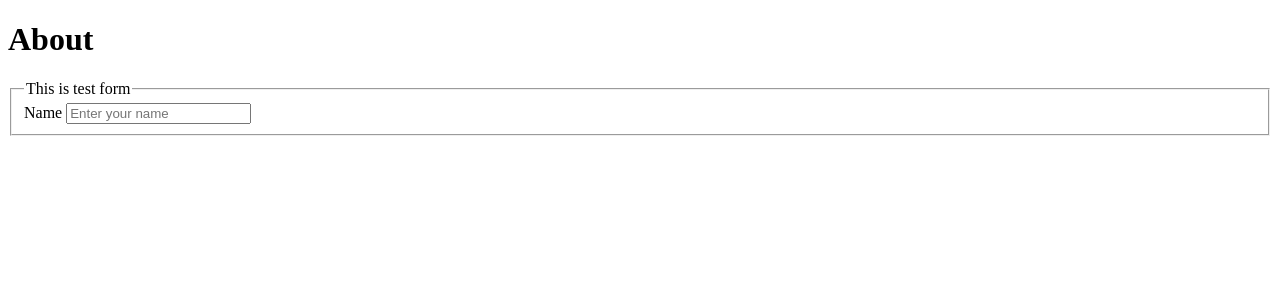
Repository: fisikusari/test-repo
Page: about.html
An editor plug-in stored every save of this project. The page is shown before and after the next save, followed by the edit.
The browser window is 1280 px wide. The pictures show the whole page.

Above is the page before, as saved 2021-11-11 18:54:19.

After the next save:
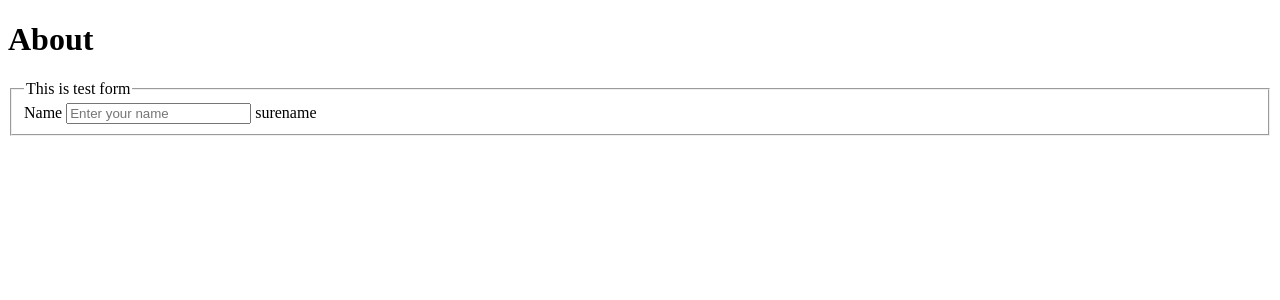
Saved 50 s later.
--- a/about.html
+++ b/about.html
@@ -17,6 +17,7 @@
       <legend>This is test form</legend>
       <label for="name">Name</label>
       <input type="text" id="name" name="emri" placeholder="Enter your name">
+      <label for="surename">surename</label>
     </fieldset>
     <!--Fieldset Ends here-->
   </form>

After the save that followed:
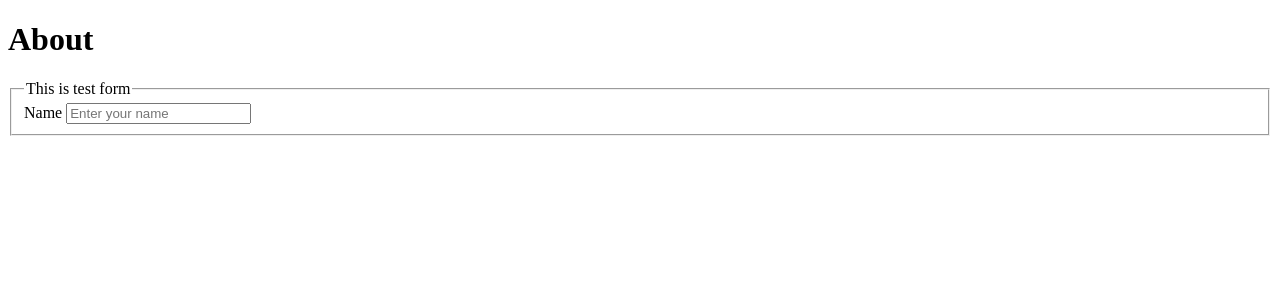
Saved 16 s later.
--- a/about.html
+++ b/about.html
@@ -17,7 +17,7 @@
       <legend>This is test form</legend>
       <label for="name">Name</label>
       <input type="text" id="name" name="emri" placeholder="Enter your name">
-      <label for="surename">surename</label>
+      <label for="email"></label>
     </fieldset>
     <!--Fieldset Ends here-->
   </form>
